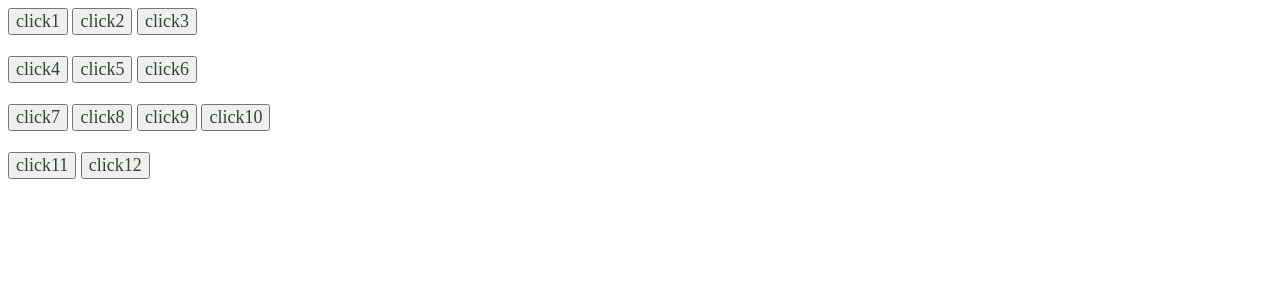
Repository: youngsik0405/Web-study
Page: JsonApp/WebContent/JsonTest07.html
These files come from the project's save history. The page is drawn as it stood at one moment and after a run of saves; the edit follows.
The browser window is 1280 px wide. The pictures show the whole page.

Above is the page before, as saved 2025-02-05 02:43:53.

After the next 2 saves:
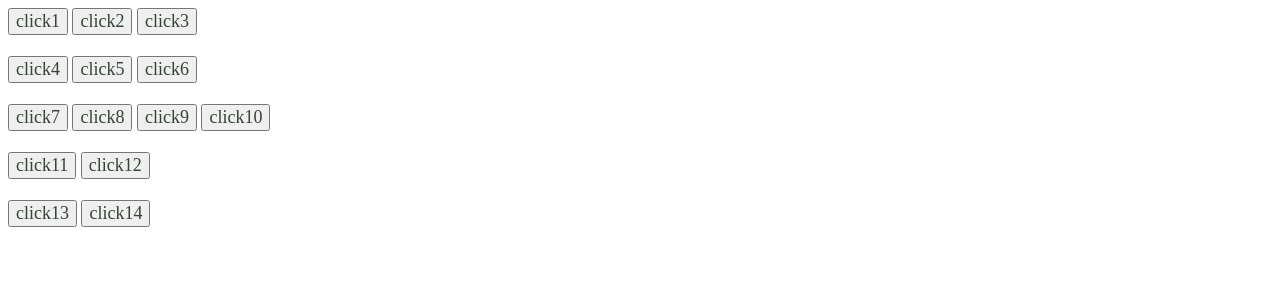
The 2 saves are shown as one change because they came seconds apart.
The last was saved 2 min 7 s later.
--- a/JsonApp/WebContent/JsonTest07.html
+++ b/JsonApp/WebContent/JsonTest07.html
@@ -78,6 +78,14 @@
 		onclick="alert(typeof (myJsonObject7_1[0] + myJsonObject7_1[1]))">
 	<!-- string -->
 
+
+	<br><br>
+
+	<input type="button" value="click13"
+		onclick="alert(myJsonObject7_2[2] + myJsonObject7_2[3])">
+	<input type="button" value="click14"
+		onclick="alert(typeof (myJsonObject7_2[2] + myJsonObject7_2[3]))">
+
 </form>
 
 
